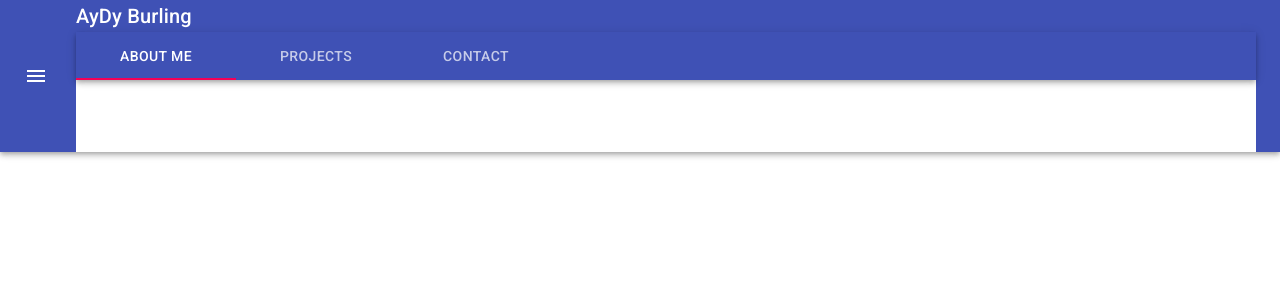
Repository: Dee1985/portfolio-React
Page: /
An editor plug-in stored every save of this project. The page is shown before and after the next save, followed by the edit.
The browser window is 1280 px wide. The pictures show the whole page.
The project was rebuilt for these pictures with package versions that can differ from the ones it lists, and the page was loaded fresh each time.

Above is the page before, as saved 2020-04-05 22:03:45.

After the next save:
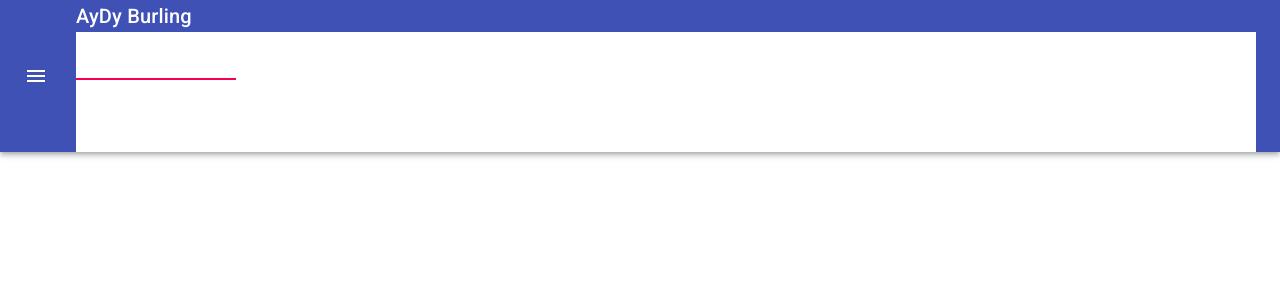
Saved 53 s later.
--- a/src/components/Tabs.js
+++ b/src/components/Tabs.js
@@ -54,17 +54,16 @@
 
 	return (
 		<div className={classes.root}>
-			<AppBar position="static">
-				<Tabs
-					value={value}
-					onChange={handleChange}
-					aria-label="simple tabs example"
-				>
-					<Tab label="About Me" {...a11yProps(0)} />
-					<Tab label="Projects" {...a11yProps(1)} />
-					<Tab label="Contact" {...a11yProps(2)} />
-				</Tabs>
-			</AppBar>
+			<Tabs
+				value={value}
+				onChange={handleChange}
+				aria-label="simple tabs example"
+			>
+				<Tab label="About Me" {...a11yProps(0)} />
+				<Tab label="Projects" {...a11yProps(1)} />
+				<Tab label="Contact" {...a11yProps(2)} />
+			</Tabs>
+
 			<TabPanel value={value} index={0}>
 				About Me
 			</TabPanel>
